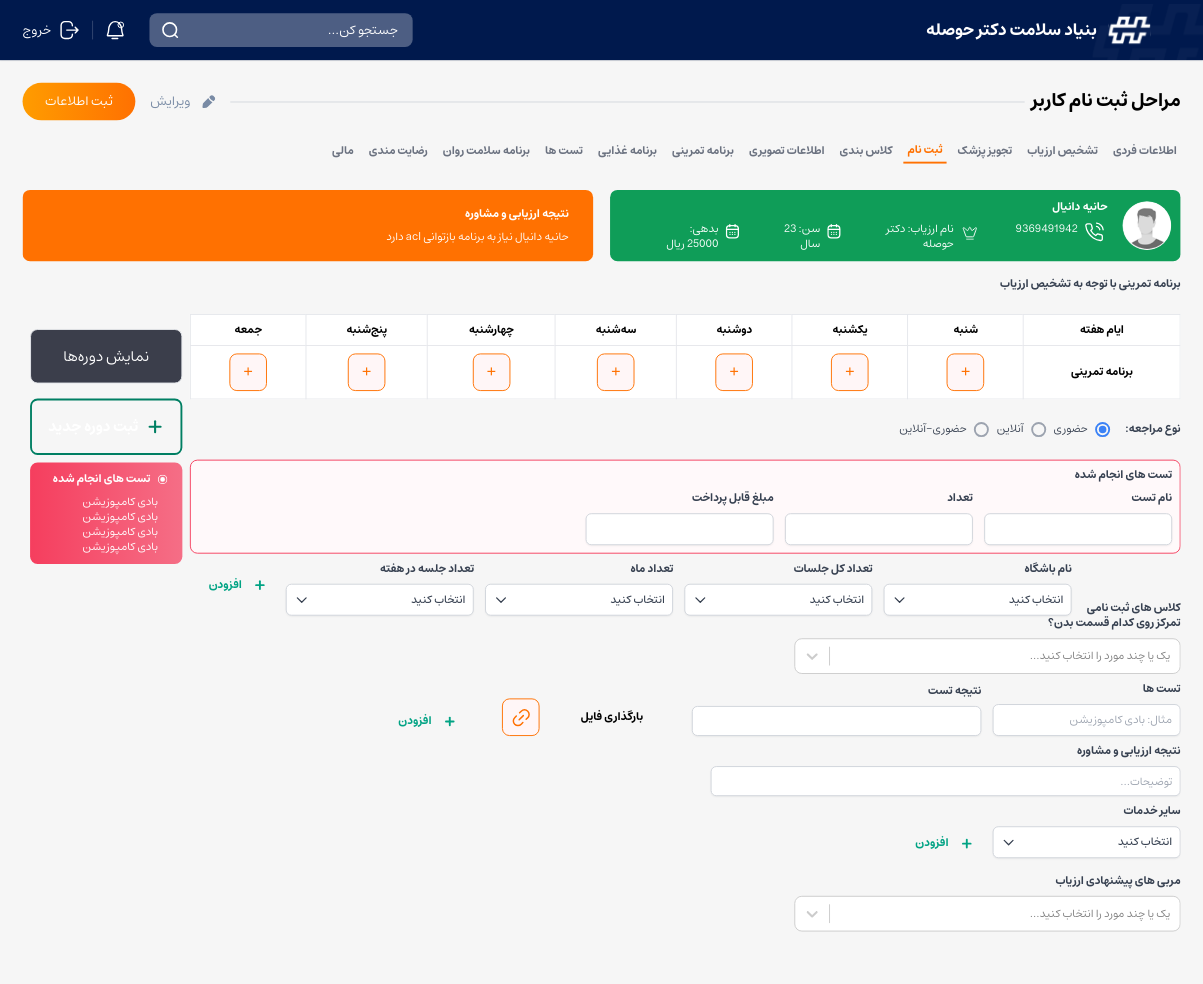
Repository: mirnajafi/ERP_hoseleh_V1.0
Page: /register, after clicking the first element matching `div.flex > :nth-child(4)`
These files come from the project's save history. The page is drawn as it stood at one moment and after the next save; the edit follows.
The browser window is 1280 px wide. The pictures show the whole page, at 94% of full size.
Some web fonts or font styles are not loaded; a fallback is used. The project was rebuilt for these pictures with package versions that can differ from the ones it lists, and the page was loaded fresh each time. The framework's server and built-in components were replaced by stand-ins that run in the browser. Also part of the build but not shown: next.config.mjs, src/components/icons/trash.tsx, src/components/weekTable/weekTable.css, src/components/icons/copy.tsx, src/components/recognitionEvaluator/recognitionEvaluator.tsx.

Above is the page before, as saved 2025-02-28 23:53:34.

### src/app/layout.tsx
/* eslint-disable @next/next/no-img-element */
import type { Metadata } from "next";
import Header from "@/components/layout/Header";
import "@/app/globals.css";


export const metadata: Metadata = {
  title: "دکتر حوصله",
  description: "بنیاد سلامت دکتر حوصله",
};

export default function RootLayout({ children }: { children: React.ReactNode }) {
  return (
    <html lang="fa" dir="rtl">
      <body className="bg-dashboard-bg min-h-screen">
        {/* Header includes SidebarToggle, so no need to add Sidebar separately */}
        <Header />
        {/* Main Content Area */}
        <main className="transition-all duration-300 mt-16 p-6">
          {children}
        </main>

      </body>
    </html>
  );
}

### src/app/globals.css
@tailwind base;
@tailwind components;
@tailwind utilities;

@font-face {
  font-family: 'Estedad';
  src: url('/fonts/Estedad-Regular.woff2') format('woff2');
  font-weight: normal;
  font-style: normal;
  font-display: swap;
}

@font-face {
  font-family: 'Estedad';
  src: url('/fonts/Estedad-Bold.woff2') format('woff2');
  font-weight: bold;
  font-style: normal;
  font-display: swap;
}

@font-face {
  font-family: 'Estedad';
  src: url('/fonts/Estedad-Medium.woff2') format('woff2');
  font-weight: 500;
  font-style: normal;
  font-display: swap;
}

@font-face {
  font-family: 'Estedad';
  src: url('/fonts/Light.woff2') format('woff2');
  font-weight: 400;
  font-style: normal;
  font-display: swap;
}

@layer base {
  html {
    font-family: 'Estedad'
  }
}

### src/components/registration/registration.tsx
import Select from "react-select/base";
import WeekTable from "../weekTable/weekTable";
import TransparentBtn from "../transparentBtn/transparentBtn";
import Dropdown from "../dropdown/dropdown";
import InputDescription from "../inputDescription/inputDescription";
import FileUploader from "../fileUploader/fileUploader";
import Input from "../input/input";
import InformationUserBox from "../informationUserBox/informationUserBox";
import { useState } from "react";
import ResultBox from "../resultBox/resultBox";
import PlusIcon from "../icons/plus";
import LeftSideBox from "../leftSideBox/leftSideBox";
import RadioButton from "../radioBtn/radioBtn";

const Registration = () => {

    const [selectedOptions, setSelectedOptions] = useState([]);


    const handleSelect = (option: string) => {
        console.log("انتخاب شده:", option);
    };
    const handleFileUpload = (files: File[]) => {
        console.log("فایل‌های آپلود شده:", files);
    };

    const [selected, setSelected] = useState<string>("option1");


    const [selectedDay, setSelectedDay] = useState<string>("");

    const handleDaySelect = (day: string) => {
        setSelectedDay(day);
    };

    return (
        <div>
            <div className="w-full flex flex-row">
                <InformationUserBox name="حانیه دانیال" age="23" phoneNumber={'9369491942'} evaluator="دکتر حوصله" debt="25000" imageSrc="/images/defaultUser.png" className="w-1/2 lg:ml-2" />
                <ResultBox resultText={"حانیه دانیال نیاز به برنامه بازتوانی acl دارد"} className="w-1/2 lg:mr-2" />
            </div>



            <div className="flex flex-row  my-4 items-center">
                <label className="mb-2 text-xs font-bold text-gray-700 ml-2">برنامه تمرینی با توجه به تشخیص ارزیاب</label>

            </div>

            <div className="w-full flex flex-row">

                <div className="w-full flex flex-col">
                    <WeekTable
                        apiUrl="https://api.majidvalizadeh.com/jalali/next7"
                        selectedDay={selectedDay}
                        onDaySelect={handleDaySelect}
                    />
                    <div className="flex flex-row my-4">
                        <label className="my-2 text-xs font-bold text-gray-700 ml-4">نوع مراجعه:</label>
                        <RadioButton
                            label="حضوری"
                            name="options"
                            value="option1"
                            checked={selected === "option1"}
                            onChange={setSelected}
                        />
                        <RadioButton
                            label="آنلاین"
                            name="options"
                            value="option2"
                            checked={selected === "option2"}
                            onChange={setSelected}
                        />
                        <RadioButton
                            label="حضوری-آنلاین"
                            name="options"
                            value="option3"
                            checked={selected === "option3"}
                            onChange={setSelected}
                        />
                    </div>


                    <div className="w-full xl:py-2 my-0  flex flex-col  border border-[#F53E5E] rounded-[8px] p-[8px] bg-[#FFF9FA]">
                        <label className="text-xs font-bold text-gray-700 ml-4">تست های انجام شده</label>

                        <div className="flex flex-row">
                            <Input
                                label="نام تست"
                                type="text"
                                value={''}
                                onChange={() => { }}
                                placeholder=""
                            />
                            <Input
                                label="تعداد "
                                type="text"
                                value={''}
                                onChange={() => { }}
                                placeholder=""
                            />

                            <Input
                                label="مبلغ قابل پرداخت"
                                type="text"
                                value={''}
                                onChange={() => { }}
                                placeholder=""
                            />
                        </div>
                    </div>

                    <div className="flex flex-col xl:flex-row w-full xl:items-end xl:justify-right ">
                        <label className="text-xs font-bold text-gray-700 ml-4">کلاس های ثبت نامی</label>

                        <Dropdown
                            label=" نام باشگاه"
                            options={["گزینه 1", "گزینه 2", "گزینه 3"]}
                            onSelect={handleSelect}
                        />
                        <Dropdown
                            label="تعداد کل جلسات"
                            options={["گزینه 1", "گزینه 2", "گزینه 3"]}
                            onSelect={handleSelect}
                        />
                        <Dropdown
                            label="تعداد ماه"
                            options={["گزینه 1", "گزینه 2", "گزینه 3"]}
                            onSelect={handleSelect}
                        />
                        <Dropdown
                            label="تعداد جلسه در هفته"
                            options={["گزینه 1", "گزینه 2", "گزینه 3"]}
                            onSelect={handleSelect}
                        />
                        <TransparentBtn label='افزودن' />

                    </div>
                </div>

                <div className="w-1/6 p-2 flex flex-col">
                    <button className="bg-[#3B3E4B] text-white p-4 w-full border rounded-[8px] my-2">نمایش دوره‌ها</button>
                    <button className="bg-transparent text-[#007F63] text-white p-4 w-full border-2 border-[#007F63] rounded-[8px] flex items-center justify-center font-bold my-2"><PlusIcon width={20} height={20} /> ثبت دوره جدید</button>
                    <LeftSideBox title={"تست های انجام شده"} test1={"بادی کامپوزیشن"} />
                </div>
            </div>


            <div className="flex flex-col  w-ful xl:w-1/3">
                <label className="mb-2 text-xs font-bold text-gray-700">تمرکز روی کدام قسمت بدن؟</label>
                <Select
                    isMulti
                    options={[
                        { value: "apple", label: "سیب" },
                        { value: "banana", label: "موز" },
                        { value: "orange", label: "پرتقال" },
                        { value: "grape", label: "انگور" },
                        { value: "watermelon", label: "هندوانه" },
                    ]}
                    value={selectedOptions}
                    onChange={setSelectedOptions}
                    placeholder="یک یا چند مورد را انتخاب کنید..."
                    noOptionsMessage={() => "موردی یافت نشد"}
                    isClearable
                    isSearchable
                    className="text-xs "
                    styles={{
                        control: (base) => ({
                            ...base,
                            borderRadius: "8px",
                            borderColor: "#ccc",
                            boxShadow: "none",
                            "&:hover": { borderColor: "#888" },
                        }),
                    }}
                />
            </div>
            <div className="flex flex-col xl:flex-row w-full xl:items-end xl:justify-right ">
                <Input
                    label="تست ها"
                    type="text"
                    value={''}
                    onChange={() => { }}
                    placeholder="مثال: بادی کامپوزیشن "
                />
                <InputDescription
                    label="نتیجه تست"
                    value={''}
                    placeholder=""
                    className="xl:w-1/4 max-w-[500px]"
                />

                <FileUploader onFileUpload={handleFileUpload} accept="image/*" multiple />
                <TransparentBtn label='افزودن' />
            </div>
            <div className="flex flex-col xl:flex-row w-full xl:items-end xl:justify-right ">

                <InputDescription
                    label="نتیجه ارزیابی و مشاوره"
                    value={''}
                    placeholder="توضیحات..."
                    className="xl:w-1/2 max-w-[500px]"
                    height="h-24"
                />

            </div>


            <div className="flex flex-col xl:flex-row w-full xl:items-end xl:justify-right ">
                <Dropdown
                    label="سایر خدمات"
                    options={["گزینه 1", "گزینه 2", "گزینه 3"]}
                    onSelect={handleSelect}
                />
                <TransparentBtn label='افزودن' />

            </div>
            <div className="flex flex-col  w-ful xl:w-1/3 my-4">
                <label className="mb-2 text-xs font-bold text-gray-700">مربی های پیشنهادی ارزیاب</label>
                <Select
                    isMulti
                    options={[
                        { value: "apple", label: "سیب" },
                        { value: "banana", label: "موز" },
                        { value: "orange", label: "پرتقال" },
                        { value: "grape", label: "انگور" },
                        { value: "watermelon", label: "هندوانه" },
                    ]}
                    value={selectedOptions}
                    onChange={setSelectedOptions}
                    placeholder="یک یا چند مورد را انتخاب کنید..."
                    noOptionsMessage={() => "موردی یافت نشد"}
                    isClearable
                    isSearchable
                    className="text-xs "
                    styles={{
                        control: (base) => ({
                            ...base,
                            borderRadius: "8px",
                            borderColor: "#ccc",
                            boxShadow: "none",
                            "&:hover": { borderColor: "#888" },
                        }),
                    }}
                />
            </div>


        </div>
    )

}
export default Registration;

### src/components/SearchInput/SearchInput.tsx
/* eslint-disable @next/next/no-img-element */
"use client";

interface SearchInputProps {
  placeholder?: string;
  className?: string;
}

export default function SearchInput({ placeholder = "جستجو کن...", className = "" }: SearchInputProps) {
  return (
    <div className="relative w-[280px]">
      <input
        type="text"
        placeholder={placeholder}
        className={`w-full h-9 bg-white bg-opacity-30 rounded-lg px-4 text-white placeholder:text-white text-sm focus:outline-none ${className}`}
      />
      <img
        src="/icons/left-icon.svg"
        alt="search"
        className="absolute left-2 top-1/2 -translate-y-1/2 w-7 h-7 brightness-0 invert"
      />
    </div>
  );
}

### src/components/formHeader/formHeader.css
.customeGradient{
    background: linear-gradient(270deg, #FF7101 0%, #FF9C00 100%);
    color: white;
    border-radius: 50px;
    padding:  10px 24px;
}

### src/components/transparentBtn/transparentBtn.tsx
'use client'; // اضافه کردن این خط برای فعال کردن کامپوننت در Client-side

import React from "react";

interface BtnProps {
    label: string;
}

const TransparentBtn: React.FC<BtnProps> = ({ label }) => {

    return (
        <div className="w-250px text-[#01A384] h-full flex xl:items-center xl:justify-center">
            <button className="flex flex-row p-2  h-full flex items-center justify-center font-bold text-xs
">
                <svg width="15" height="15" viewBox="0 0 14 15" fill="none" xmlns="http://www.w3.org/2000/svg" className="ml-3">
                    <path d="M7 3.41666V11.5833" stroke="#01A384" stroke-width="2" stroke-linecap="round" stroke-linejoin="round" />
                    <path d="M2.91602 7.5H11.0827" stroke="#01A384" stroke-width="2" stroke-linecap="round" stroke-linejoin="round" />
                </svg>
                {label}
            </button>
        </div>
    );
};

export default TransparentBtn;

### src/components/inputDescription/inputDescription.tsx
'use client';  // اضافه کردن این خط برای فعال کردن کامپوننت در Client-side

import React from "react";

interface InputProps {
  label: string;
  value: string;
  placeholder?: string;
  required?: boolean;
  className?: string;
  height?:string;
}

const InputDescription: React.FC<InputProps> = ({
  label,
  value,
  placeholder,
  required = false,
  className = "",
  height
}) => {
  return (
    <div className={`w-full xl:w-1/2 ml-3 max-w-[500px] ${className}`}>
      <label className="block text-xs text-gray-700 mb-2 mt-4 xl:my-2 font-bold font-bold">{label}</label>

      <textarea
        value={value}
        placeholder={placeholder}
        required={required}
        className={`block w-full h-8 ${height} p-2 resize-none max-w-200 overflow-hidden text-xs border border-gray-300 rounded-md shadow-sm focus:outline-none focus:ring-2 focus:ring-indigo-500 focus:border-indigo-500`}
      />
    </div>
  );
};

export default InputDescription;

### src/components/resultBox/resultBox.tsx
'use client';

import React from "react";
import './resultBox.css';


interface ResultBoxProps {
    resultText: string;
    className?: string;
}

const ResultBox: React.FC<ResultBoxProps> = ({
    resultText,
    className
}) => {
    return (
        <div className={`w-full flex flex-col lg:flex-row containResultBox text-xs ${className}`}>
            <div className="flex flex-col mr-4">
                <div className="font-bold">نتیجه ارزیابی و مشاوره</div>
                <div className="flex flex-col justify-center items-start lg:flex-row mt-2">
                    <span className="ml-10 flex flex-row-reverse">{resultText}</span>
                </div>
            </div>
        </div>
    );
};

export default ResultBox;

### src/components/icons/plus.tsx
'use client';

import React from "react";

interface IconProps {
    width?: number;
    height?: number;
    color?: string;
}

const PlusIcon: React.FC<IconProps> = ({ width, height }) => {
    return (
        <svg width={width} height={height} viewBox="0 0 36 36" fill="none" className="ml-2" xmlns="http://www.w3.org/2000/svg">
        <path d="M18 7.5V28.5" stroke="#007F63" stroke-width="4" stroke-linecap="round" stroke-linejoin="round"/>
        <path d="M7.5 18H28.5" stroke="#007F63" stroke-width="4" stroke-linecap="round" stroke-linejoin="round"/>
        </svg>


    );
};

export default PlusIcon;

### src/components/radioBtn/radioBtn.tsx
import React from "react";

interface RadioButtonProps {
  label: string;
  name: string;
  value: string;
  checked: boolean;
  onChange: (value: string) => void;
}

const RadioButton: React.FC<RadioButtonProps> = ({ label, name, value, checked, onChange }) => {
  return (
    <label className="flex items-center space-x-2 cursor-pointer text-xs">
      <input
        type="radio"
        name={name}
        value={value}
        checked={checked}
        onChange={() => onChange(value)}
        className="hidden"
      />
      <div
        className={`w-4 h-4 rounded-full border-2 ${
          checked ? "border-blue-500" : "border-gray-400"
        } flex items-center justify-center transition-all`}
      >
        {checked && <div className="w-2 h-2 bg-blue-500 rounded-full" />}
      </div>
      <span className="text-gray-700">{label}</span>
    </label>
  );
};

export default RadioButton;

### src/components/icons/uploader.tsx
'use client';

import React from "react";

interface IconProps {
    width?: number;
    height?: number;
    color?: string;
}

const UploaderIcon: React.FC<IconProps> = ({ width, height }) => {
    return (<svg width={width} height={height} viewBox="0 0 24 24" fill="none" xmlns="http://www.w3.org/2000/svg">
        <path d="M14.1211 9.87866L9.87845 14.1213" stroke="#FF7101" stroke-width="1.5" stroke-linecap="round" />
        <path d="M10.334 7.00003L12.0006 5.33336C13.8416 3.49239 16.8264 3.49239 18.6673 5.33335V5.33335C20.5083 7.17431 20.5083 10.1591 18.6673 12.0001L17.0007 13.6667" stroke="#FF7101" stroke-width="1.5" stroke-linecap="round" />
        <path d="M13.666 17L11.9994 18.6666C10.1584 20.5076 7.17362 20.5076 5.33266 18.6666V18.6666C3.4917 16.8257 3.4917 13.8409 5.33266 11.9999L6.99934 10.3333" stroke="#FF7101" stroke-width="1.5" stroke-linecap="round" />
    </svg>
    );
};

export default UploaderIcon;

### src/components/informationUserBox/informationUserBox.css
.containInfoBox {
  background: #0f9d58;
  color: white;
  justify-content: right;
  align-items: center;
  padding: 10px;
  border-radius: 8px;
}
.imageUser {
  border-radius: 100%;
}

### src/components/resultBox/resultBox.css
.containResultBox {
  background: #FF7101;
  color: white;
  justify-content: right;
  align-items: center;
  padding: 10px;
  border-radius: 8px;
  margin-right: 10px;
}

### src/components/leftSideBox/leftSideBox.css
.containLeftSideBox {
  background: linear-gradient(270deg, #F56E86 0%, #F53E5E 100%);
  color: white;
  justify-content: right;
  align-items: center;
  padding: 10px;
  border-radius: 8px;
}
.special-margin{
  margin-right: -10px;
}

### src/components/icons/circle.tsx

'use client';

import React from "react";

interface IconProps {
    width?: number;
    height?: number;
    color?: string;
}

const CircleIcon: React.FC<IconProps> = ({ width = 21, height = 22 }) => {
    return (
        <svg width={width} height={height} viewBox="0 0 12 12" className="ml-2" fill="none" xmlns="http://www.w3.org/2000/svg">
            <rect width="12" height="12" rx="6" fill="white" />
            <rect x="2" y="2" width="8" height="8" rx="4" fill="white" />
            <rect x="2" y="2" width="8" height="8" rx="4" stroke="#F56B84" stroke-width="2" />
        </svg>

    );
};

export default CircleIcon;

### tailwind.config.ts
import type { Config } from "tailwindcss";

const config: Config = {
  content: [
    "./src/pages/**/*.{js,ts,jsx,tsx,mdx}",
    "./src/components/**/*.{js,ts,jsx,tsx,mdx}",
    "./src/containers/**/*.{js,ts,jsx,tsx,mdx}",
    "./src/app/**/*.{js,ts,jsx,tsx,mdx}",
  ],
  theme: {
    extend: {
      colors: {
        "deep-blue": "#1E3A8A",
        "green": "#8BC34A",
        "orange": "#F97316",
        "red": "#E02D40",
        "yellow": "#FBBF24",
        background: "var(--background)",
        foreground: "var(--foreground)",
        secondry: {
          blue: {
            900: "#00194D",
          },
        },
        primery: {
          600: "#FF7101"
        },
        dashboard: {
          bg: "#F6F6F6"
        }
      },
    },
  },
  plugins: [],
};
export default config;

Loaded but not shown: src/components/personalInfo/personalInfo.tsx (302 lines, source omitted); src/components/weekTable/weekTable.tsx (87 lines, source omitted); src/components/dropdown/dropdown.tsx (69 lines, source omitted); src/components/icons/evaluator.tsx (26 lines, source omitted); src/components/inputDate/inputDate.tsx (67 lines, source omitted); src/components/informationUserBox/informationUserBox.tsx (61 lines, source omitted); src/components/icons/calendar.tsx (35 lines, source omitted); src/components/icons/phoneNumber.tsx (20 lines, source omitted); src/components/formHeader/formHeader.tsx (32 lines, source omitted); src/components/fileUploader/fileUploader.tsx (54 lines, source omitted); src/components/layout/Header.tsx (44 lines, source omitted); src/app/register/page.tsx (48 lines, source omitted); src/components/leftSideBox/leftSideBox.tsx (35 lines, source omitted); src/components/input/input.tsx (40 lines, source omitted); src/components/formTab/formTab.tsx (38 lines, source omitted)

After the next save:
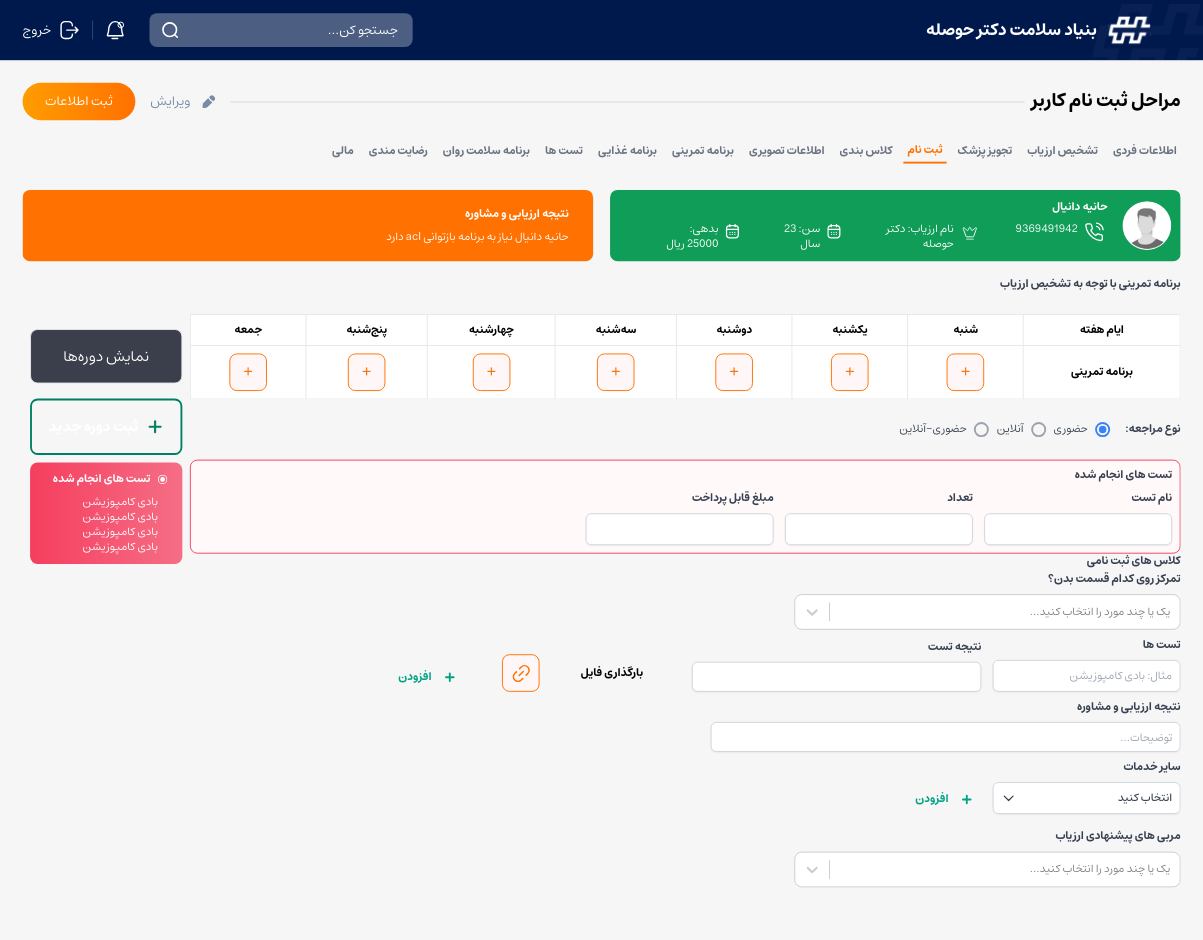
Saved 21 s later.
--- a/src/components/registration/registration.tsx
+++ b/src/components/registration/registration.tsx
@@ -113,28 +113,6 @@ const Registration = () => {
                     <div className="flex flex-col xl:flex-row w-full xl:items-end xl:justify-right ">
                         <label className="text-xs font-bold text-gray-700 ml-4">کلاس های ثبت نامی</label>
 
-                        <Dropdown
-                            label=" نام باشگاه"
-                            options={["گزینه 1", "گزینه 2", "گزینه 3"]}
-                            onSelect={handleSelect}
-                        />
-                        <Dropdown
-                            label="تعداد کل جلسات"
-                            options={["گزینه 1", "گزینه 2", "گزینه 3"]}
-                            onSelect={handleSelect}
-                        />
-                        <Dropdown
-                            label="تعداد ماه"
-                            options={["گزینه 1", "گزینه 2", "گزینه 3"]}
-                            onSelect={handleSelect}
-                        />
-                        <Dropdown
-                            label="تعداد جلسه در هفته"
-                            options={["گزینه 1", "گزینه 2", "گزینه 3"]}
-                            onSelect={handleSelect}
-                        />
-                        <TransparentBtn label='افزودن' />
-
                     </div>
                 </div>
 
